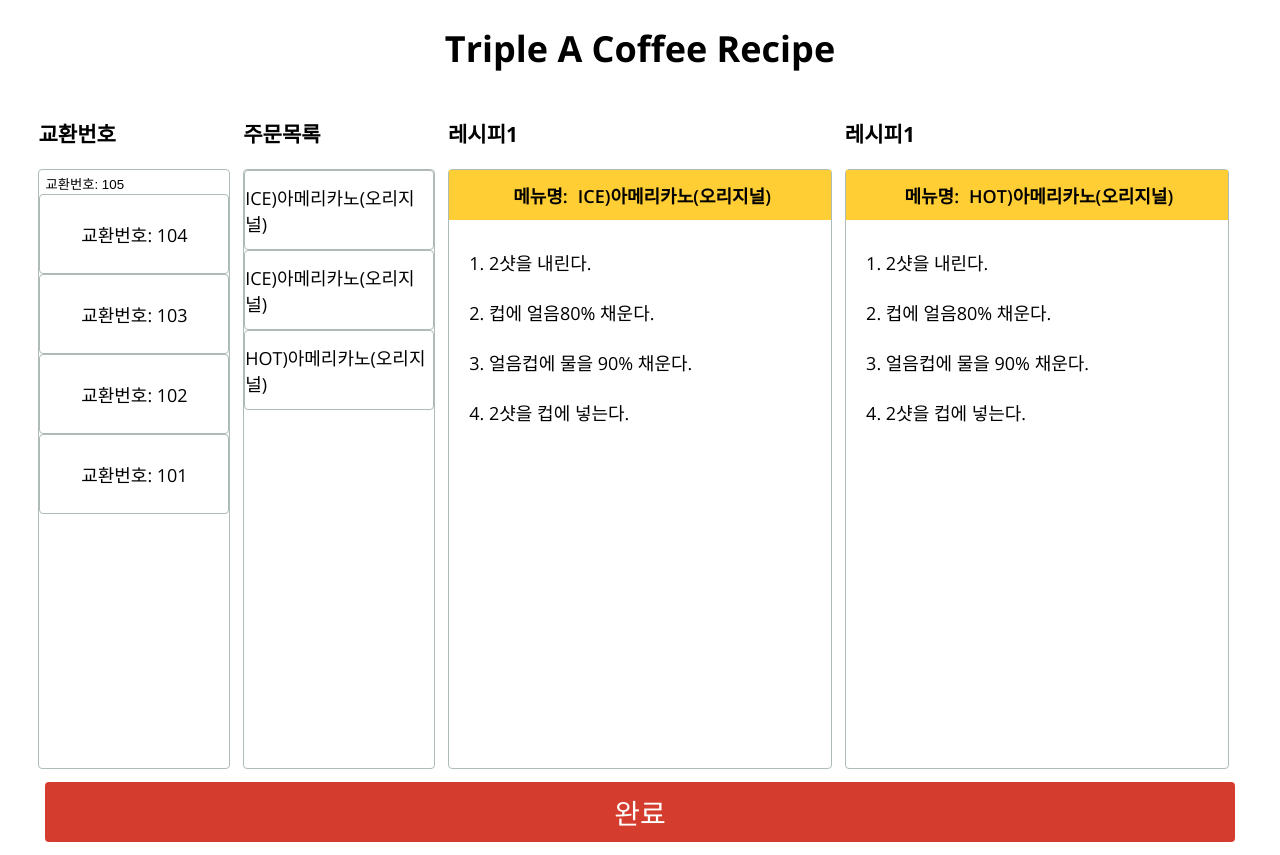
Repository: leebo-ram/tripleacoffee
Page: recipe/recipe.html
An editor plug-in stored every save of this project. The page is shown before and after the next save, followed by the edit.
The browser window is 1280 px wide. The pictures show the whole page.
Some web libraries are served in a nearby version.

Above is the page before, as saved 2023-01-07 20:49:31.

### recipe/recipe.html
<!DOCTYPE html>
<html lang="en">

<head>
  <meta charset="UTF-8">
  <meta http-equiv="X-UA-Compatible" content="IE=edge">
  <meta name="viewport" content="width=device-width, initial-scale=1.0">
  <title>recipe(레시피)</title>
  <meta name="description"
    content="tripleacoffee Portfolio for world-renowned software engineer Lee Bo-ram and Byeon Sang-woo">

  <link rel="icon" type="image/png" href="../img/0_logo/logo_h.jpg" />

  <!-- 무료icon 적용하기 -->
  <script src="https://kit.fontawesome.com/24a94e1bce.js" crossorigin="anonymous"></script>


  <!-- 글씨체 적용하기 -->
  <link href="https://fonts.googleapis.com/css2?family=Open+Sans:wght@400;600;700&display=swap" rel="stylesheet">
  <!-- css(font-글씨체) : font-family: 'Open Sans', sans-serif;-->

  <link rel="stylesheet" href="../style2.css">
  <script src="../main.js" defer></script>


</head>

<body>
  <div id="recipe_title">
    <h1>Triple A Coffee Recipe</h1>
  </div>

  <section id="recipe">
    <div class="orderNum_box">
      <h3>교환번호</h3>
      <div class="orderNum">
        <ul>
          <button>교환번호: 105</button>
          <li>교환번호: 104</li>
          <li>교환번호: 103</li>
          <li>교환번호: 102</li>
          <li>교환번호: 101</li>
        </ul>
      </div>
    </div>

    <div class="orderList_box">
      <h3>주문목록</h3>
      <div class="orderList">
        <ul>
          <li>ICE)아메리카노(오리지널)</li>
          <li>ICE)아메리카노(오리지널)</li>
          <li>HOT)아메리카노(오리지널)</li>
        </ul>
      </div>
    </div>

    <div class=" recipe1_box">
      <h3>레시피1</h3>
      <div class="recipe1">
        <div>메뉴명: <span>ICE)아메리카노(오리지널)</span></div>
        <ol>
          <li>2샷을 내린다.</li>
          <li>컵에 얼음80% 채운다.</li>
          <li>얼음컵에 물을 90% 채운다.</li>
          <li>2샷을 컵에 넣는다.</li>
        </ol>
      </div>
    </div>

    <div class="recipe2_box">
      <h3>레시피1</h3>
      <div class="recipe2">
        <div>메뉴명: <span>HOT)아메리카노(오리지널)</span></div>
        <ol>
          <li>2샷을 내린다.</li>
          <li>컵에 얼음80% 채운다.</li>
          <li>얼음컵에 물을 90% 채운다.</li>
          <li>2샷을 컵에 넣는다.</li>
        </ol>
      </div>
    </div>
  </section>

  <div class="cooked">
    <button>
      <p>완료</p>
    </button>
  </div>
</body>

</html>

Loaded but not shown: main.js (131 lines, source omitted); style2.css (1409 lines, source omitted)

After the next save:
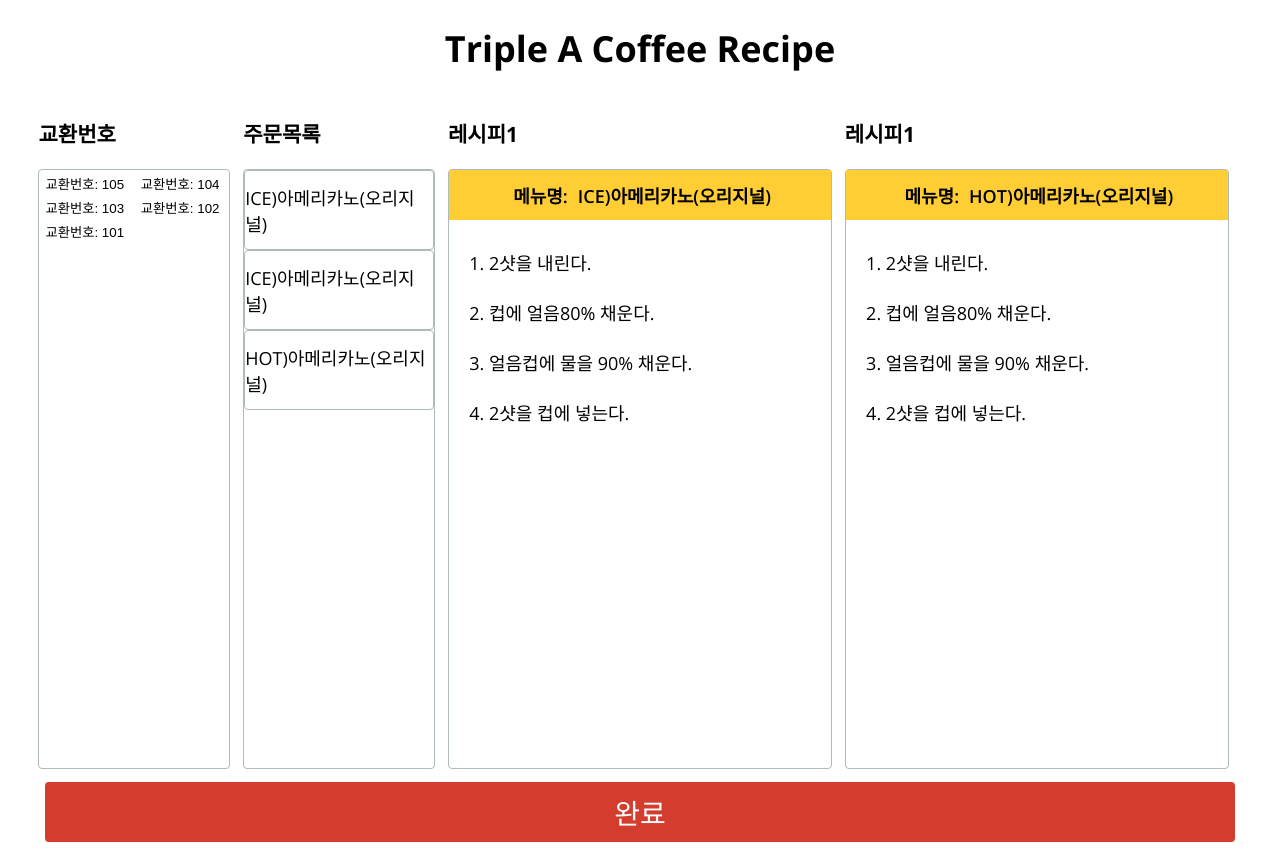
Saved 8 s later.
--- a/recipe/recipe.html
+++ b/recipe/recipe.html
@@ -36,10 +36,10 @@
       <div class="orderNum">
         <ul>
           <button>교환번호: 105</button>
-          <li>교환번호: 104</li>
-          <li>교환번호: 103</li>
-          <li>교환번호: 102</li>
-          <li>교환번호: 101</li>
+          <button>교환번호: 104</button>
+          <button>교환번호: 103</button>
+          <button>교환번호: 102</button>
+          <button>교환번호: 101</button>
         </ul>
       </div>
     </div>
